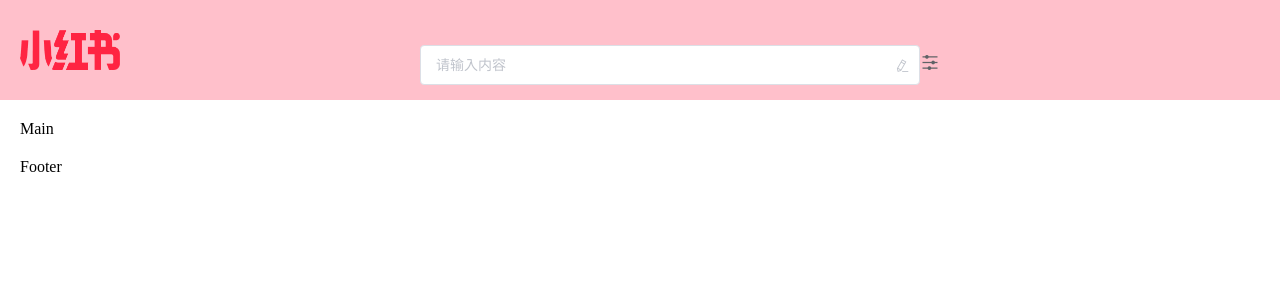
Repository: zhangshuaijie111/myproject-1
Page: /
These files come from the project's save history. The page is drawn as it stood at one moment and after the next save; the edit follows.
The browser window is 1280 px wide. The pictures show the whole page.
The project was rebuilt for these pictures with package versions that can differ from the ones it lists, and the page was loaded fresh each time. Also part of the build but not shown: vue.config.js.

Above is the page before, as saved 2023-07-18 18:13:57.

### src/App.vue
<template>
  <Main />
</template>

<script>
import Main from "./views/Main.vue";
export default {
  name: "App",
  components: {
    Main,
  },
};
</script>

<style>
* {
  margin: 0;
  padding: 0;
}
</style>

### src/views/Main.vue
<template>
  <div>
    <el-container>
      <el-header style="height: 100px">
        <CommonHeader />
      </el-header>
      <el-main>Main</el-main>
      <el-footer>Footer</el-footer>
    </el-container>
  </div>
</template>
<script>
import CommonHeader from "../components/CommonHeader.vue";
export default {
  components: {
    CommonHeader,
  },
};
</script>
<style lang="less">
.el-container {
  .el-header {
    width: 100vw;
    background-color: pink;
  }
}
</style>

### src/components/CommonHeader.vue
<template>
  <div>
    <img src="../assets/project-logo.png" />
    <el-autocomplete
      popper-class="my-autocomplete"
      v-model="state"
      :fetch-suggestions="querySearch"
      placeholder="请输入内容"
      @select="handleSelect"
    >
      <i
        class="el-icon-edit el-input__icon"
        slot="suffix"
        @click="handleIconClick"
      >
      </i>
      <template slot-scope="{ item }">
        <div class="name">{{ item.value }}</div>
        <span class="addr">{{ item.address }}</span>
      </template>
    </el-autocomplete>
    <el-dropdown @command="handleCommand">
      <span class="el-dropdown-link">
        <i class="el-icon-s-operation" style="font-size: 20px"></i>
      </span>
      <el-dropdown-menu slot="dropdown">
        <el-dropdown-item command="a">黄金糕</el-dropdown-item>
        <el-dropdown-item command="b">狮子头</el-dropdown-item>
      </el-dropdown-menu>
    </el-dropdown>
  </div>
</template>
<script>
export default {
  data() {
    return {
      restaurants: [],
      state: "",
    };
  },
  methods: {
    querySearch(queryString, cb) {
      var restaurants = this.restaurants;
      var results = queryString
        ? restaurants.filter(this.createFilter(queryString))
        : restaurants;
      // 调用 callback 返回建议列表的数据
      cb(results);
    },
    createFilter(queryString) {
      return (restaurant) => {
        return (
          restaurant.value.toLowerCase().indexOf(queryString.toLowerCase()) ===
          0
        );
      };
    },
    loadAll() {
      return [
        { value: "三全鲜食（北新泾店）", address: "长宁区新渔路144号" },
        {
          value: "Hot honey 首尔炸鸡（仙霞路）",
          address: "上海市长宁区淞虹路661号",
        },
        {
          value: "新旺角茶餐厅",
          address: "上海市普陀区真北路988号创邑金沙谷6号楼113",
        },
      ];
    },
    handleSelect(item) {
      console.log(item);
    },
    handleIconClick(ev) {
      console.log(ev);
    },
  },
  mounted() {
    this.restaurants = this.loadAll();
  },
};
</script>
<style lang="less">
img {
  width: 100px;
  height: 40px;
  margin-top: 30px;
}
.el-autocomplete {
  width: 500px;
  height: 60px;
  margin-left: 300px;
}
.my-autocomplete {
  li {
    line-height: normal;
    padding: 7px;

    .name {
      text-overflow: ellipsis;
      overflow: hidden;
    }
    .addr {
      font-size: 12px;
      color: #b4b4b4;
    }

    .highlighted .addr {
      color: #ddd;
    }
  }
}
</style>

Loaded but not shown: public/index.html (common file); src/main.js (common file)

After the next save:
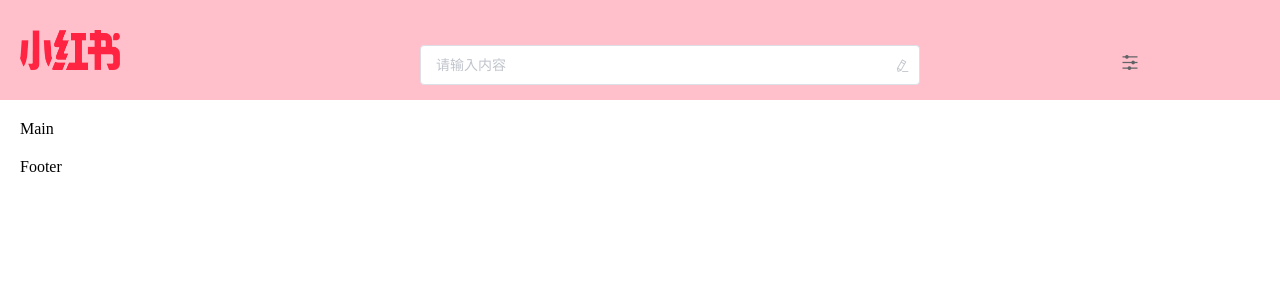
Saved 29 s later.
--- a/src/components/CommonHeader.vue
+++ b/src/components/CommonHeader.vue
@@ -110,4 +110,7 @@
     }
   }
 }
+i {
+  margin-left: 200px;
+}
 </style>
